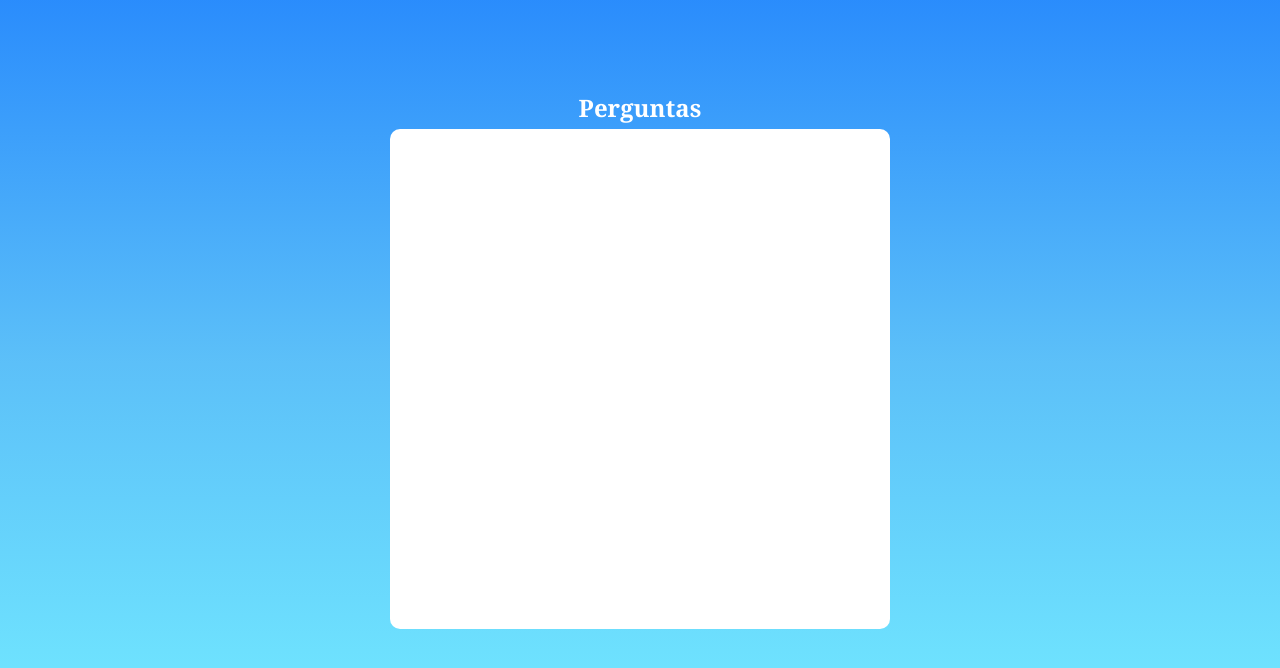
Repository: LaisSilvaO/Projeto-Quizz
Page: telas/index.html
These files come from the project's save history. The page is drawn as it stood at one moment and after the next save; the edit follows.
The browser window is 1280 px wide. The pictures show the whole page.

Above is the page before, as saved 2024-12-24 14:35:47.
Not found: telas/script.js

After the next save:
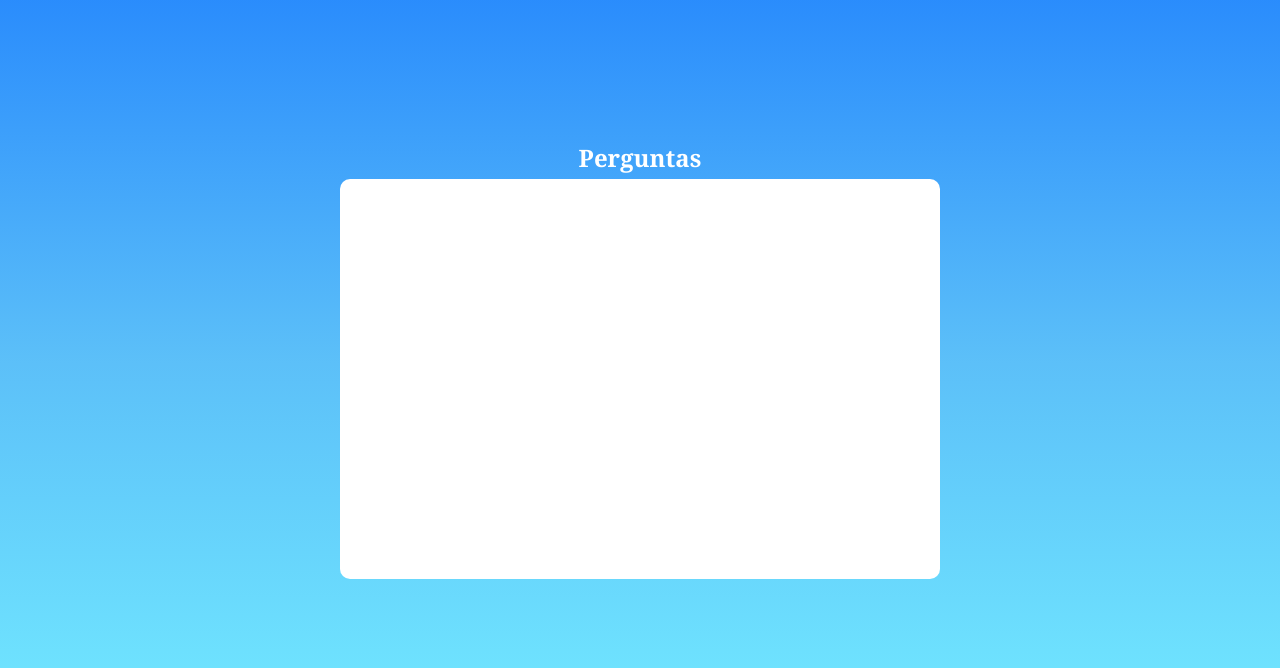
Saved 8 s later.
--- a/img/tela.css
+++ b/img/tela.css
@@ -25,8 +25,8 @@ main {
   padding: 10px;
   border-radius: 10px;
   width: 100%;
-  max-width: 500px;
-  min-height: 500px;
+  max-width: 600px;
+  min-height: 400px;
   display:flex;
   align-items: center;
   justify-content: center;
